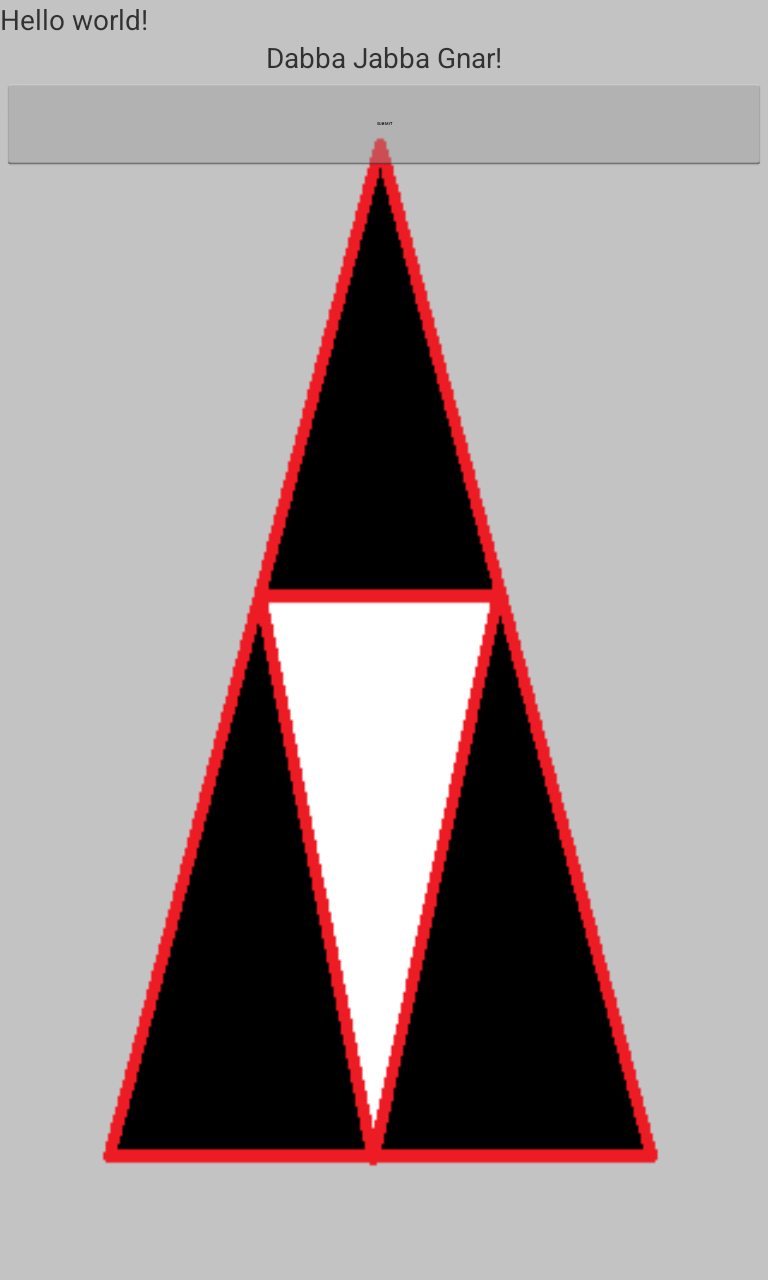
Repository: IgnacioRV/AndroidDev
Layout: ProjectYasuo/res/layout/main2.xml
The author's editor kept a copy of each file at every save. The layout is drawn from the files as they stood at one save, then again after the next save.
It is drawn on a 768 x 1280 px phone screen (xhdpi) without system bars, with theme AppTheme; the app's code is not run.

Above is the layout before, as saved 2016-01-21 16:13:17.

### ProjectYasuo/res/layout/main2.xml
<?xml version="1.0" encoding="utf-8"?>
<LinearLayout xmlns:android="http://schemas.android.com/apk/res/android"
    android:layout_width="fill_parent"
    android:layout_height="fill_parent"
    android:orientation="vertical"
    android:background="@drawable/bck">

    <TextView
        android:layout_width="fill_parent"
        android:layout_height="wrap_content"
        android:text="@string/hello_world" />

    <TextView
        android:layout_width="fill_parent"
        android:layout_height="wrap_content"
        android:text="@string/FirstWords"
        android:gravity="center"
        />

    <Button
        android:layout_width="fill_parent"
        android:layout_height="wrap_content"
        android:text="@string/button1"
        android:textSize="2sp"
        android:textStyle="bold" />

</LinearLayout>

### ProjectYasuo/res/values/strings.xml
<?xml version="1.0" encoding="utf-8"?>
<resources>

    <string name="app_name">ProjectYasuo</string>
    <string name="hello_world">Hello world!</string>
    <string name="FirstWords">Dabba Jabba Gnar!</string>
    <string name="button1">SUBMIT</string>

</resources>

Loaded but not shown: ProjectYasuo/res/values/styles.xml (common file); ProjectYasuo/res/values-v11/styles.xml (common file); ProjectYasuo/res/values-v14/styles.xml (common file)

After the next save:
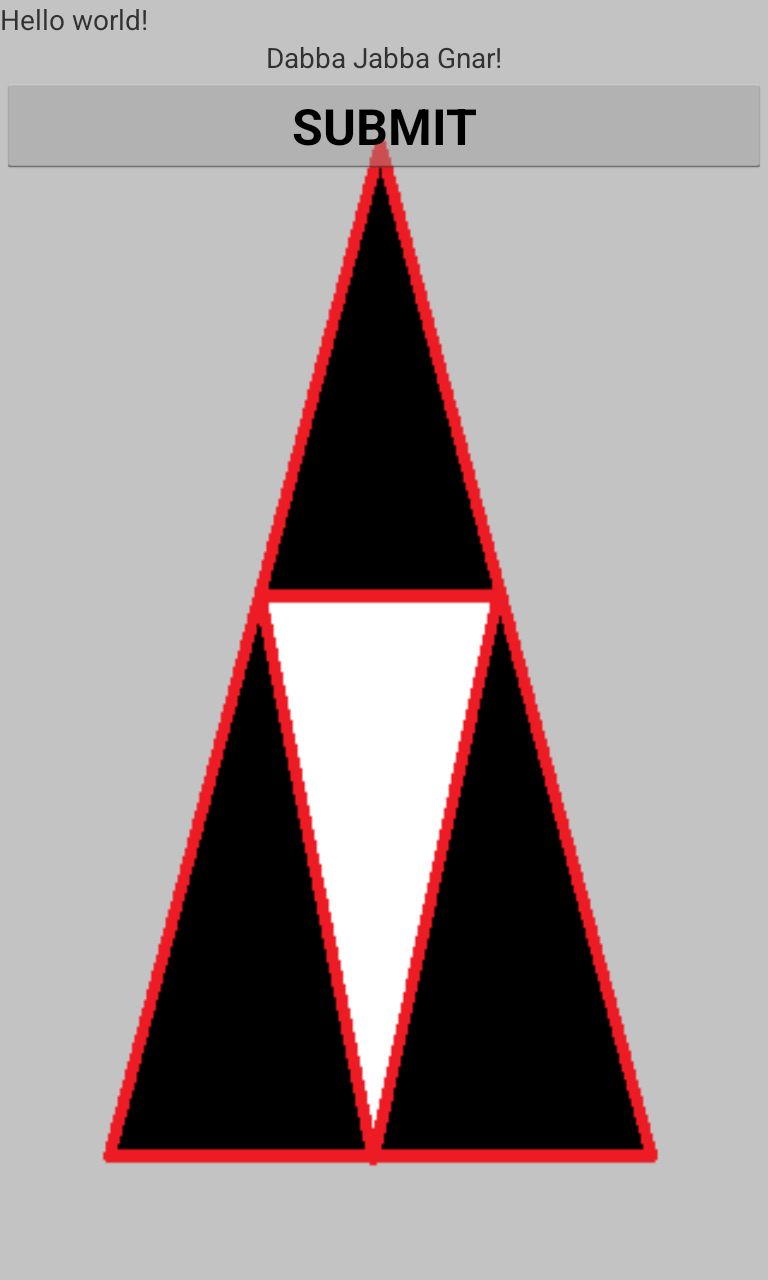
Saved 6 s later.
--- a/ProjectYasuo/res/layout/main2.xml
+++ b/ProjectYasuo/res/layout/main2.xml
@@ -21,7 +21,7 @@
         android:layout_width="fill_parent"
         android:layout_height="wrap_content"
         android:text="@string/button1"
-        android:textSize="2sp"
+        android:textSize="25sp"
         android:textStyle="bold" />
 
 </LinearLayout>
